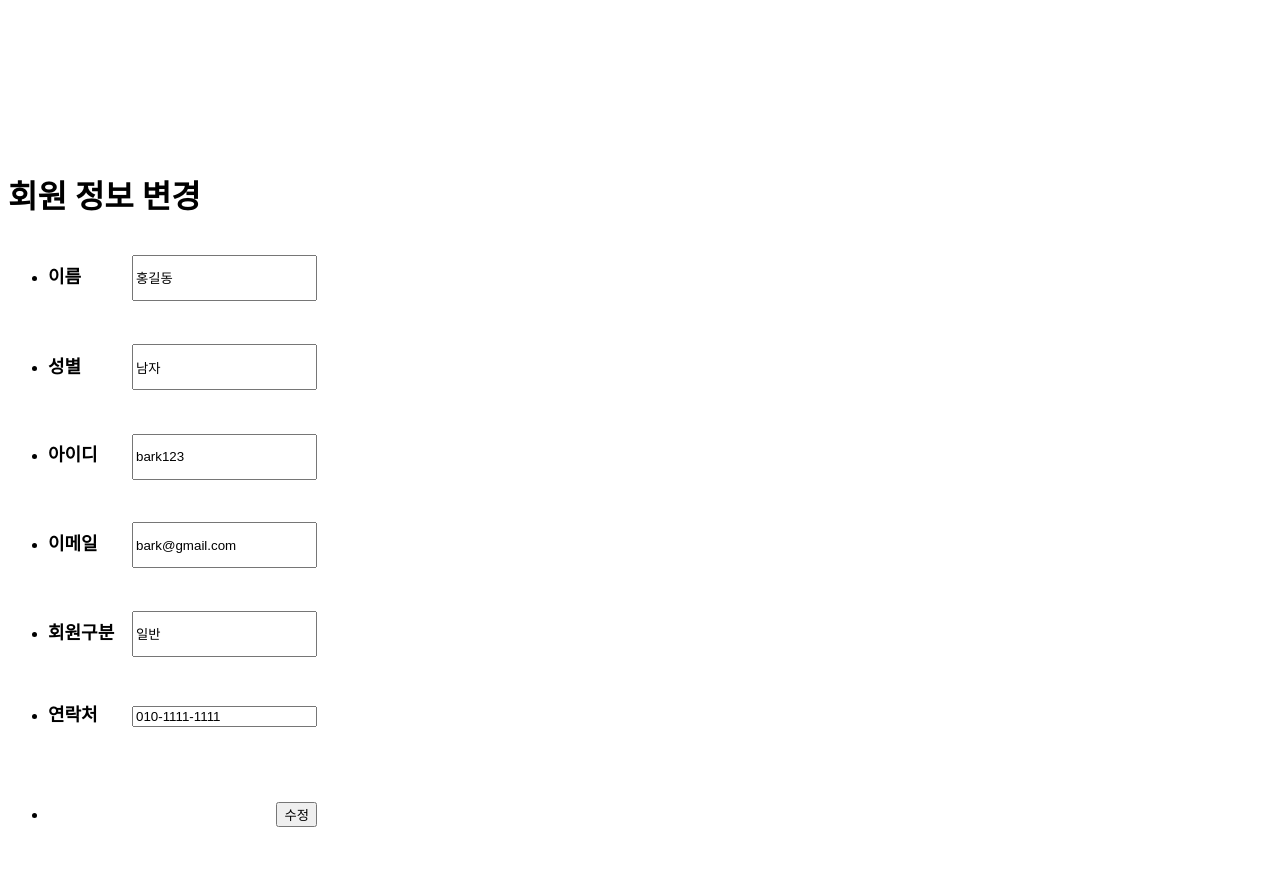
Repository: jngwk/Project-Bark
Page: http://localhost/Bark/include/userEditProfileFrm.jsp
An editor plug-in stored every save of this project. The page is shown before and after the next save, followed by the edit.
The browser window is 1280 px wide. The pictures show the whole page.
The page is served by Tomcat 9. Other server files are loaded and not shown.

Above is the page before, as saved 2024-03-31 05:27:14.

### java_workspace/Bark/src/main/webapp/include/userEditProfileFrm.jsp
<%@ page language="java" contentType="text/html; charset=UTF-8"
    pageEncoding="UTF-8"%>
<%@ taglib prefix="c" uri="http://java.sun.com/jsp/jstl/core" %>
<!DOCTYPE html>
<html>
<head>
<meta charset="UTF-8">
<title>header</title>
<c:set var="contextPath" value="${pageContext.request.contextPath }"/>
<link rel="stylesheet" href="${contextPath }/css/userEditProfileFrm.css"/>
</head>
<!--  이름 성별 아이디 이메일 회원구분 연락처 연락처2-->
<body>
<div class="container">
	<h1 id="info_header">회원 정보 변경</h1>
	<form class = "main_info" action="./userEditProfileProc.jsp" method="post">
		<ul class = "info-list">
			<li class="form-element"><span class="label-text">이름</span>
			<input class="profile readonly" type="text" data-text-content="true"
			value="홍길동" readonly></li>

			<li class="form-element"><span class="label-text">성별</span>
			<input class="profile readonly" type="text" data-text-content="true"
			value="남자" readonly></li>

			<li class="form-element"><span class="label-text">아이디</span>
			<input class="profile readonly" type="text" data-text-content="true"
			value="bark123" readonly></li>

			<li class="form-element"><span class="label-text">이메일</span>
			<input class="profile" type="text" data-text-content="true"
			value="bark@gmail.com" ></li>

			<li class="form-element"><span class="label-text">회원구분</span>
			<input class="profile readonly" type="text" data-text-content="true"
			value="일반" readonly></li>

			<li class="form-element"><span class="label-text">연락처</span>
			<input class="profile1" type="text" data-text-content="true"
			value="010-1111-1111" ></li>
			<li class="form-element align-right">
			<input type="submit" class="btn" value="수정" style="margin-left: 150px">
			</li>
		</ul>
	</form>
</div>
</body>
</html>

### java_workspace/Bark/src/main/webapp/css/userEditProfileFrm.css
@charset "UTF-8";
.container{
	position: absolute;
	top: 150px;
}
.label-text {
    display: inline-block;
    width: 80px; /* 고정 너비 설정 */
    font-size: 18px;
    padding-bottom: 16px;
    font-weight: 700;

}
.profile{
	height: 40px;
	line-height: 35px;
}
.form-element{
	padding-bottom: 40px;
}

.main_info {
    min-width:300px;
    display: flex;
    flex-direction: column;
    justify-content: center;
    align-items: center;
}
.info-list {
    align-items: center;
    justify-content: center;
}

.align-right {
    text-align: right;
    padding-top: 20px;
}

After the next save:
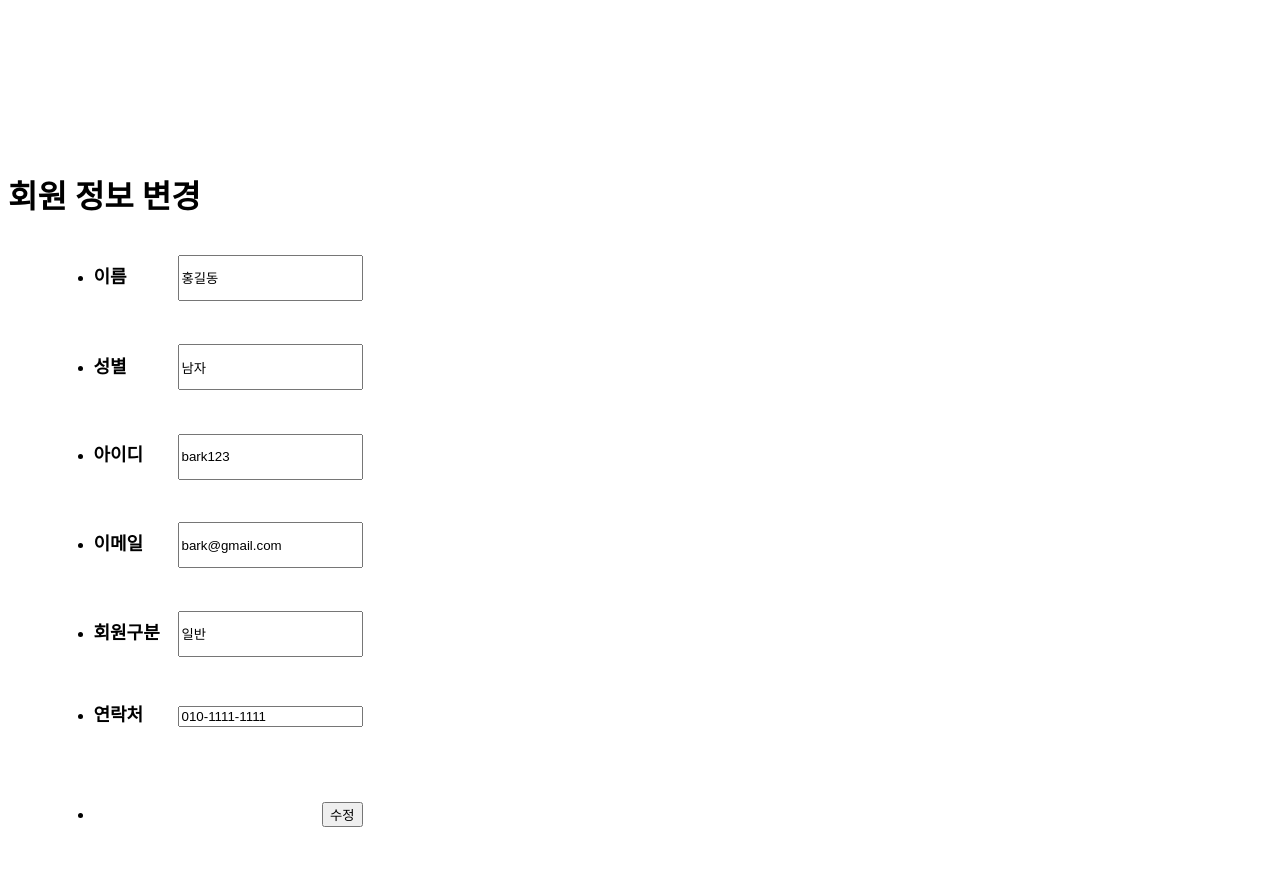
Saved 40 s later.
--- a/java_workspace/Bark/src/main/webapp/css/userEditProfileFrm.css
+++ b/java_workspace/Bark/src/main/webapp/css/userEditProfileFrm.css
@@ -20,7 +20,7 @@
 }
 
 .main_info {
-    min-width:300px;
+    min-width:400px;
     display: flex;
     flex-direction: column;
     justify-content: center;
